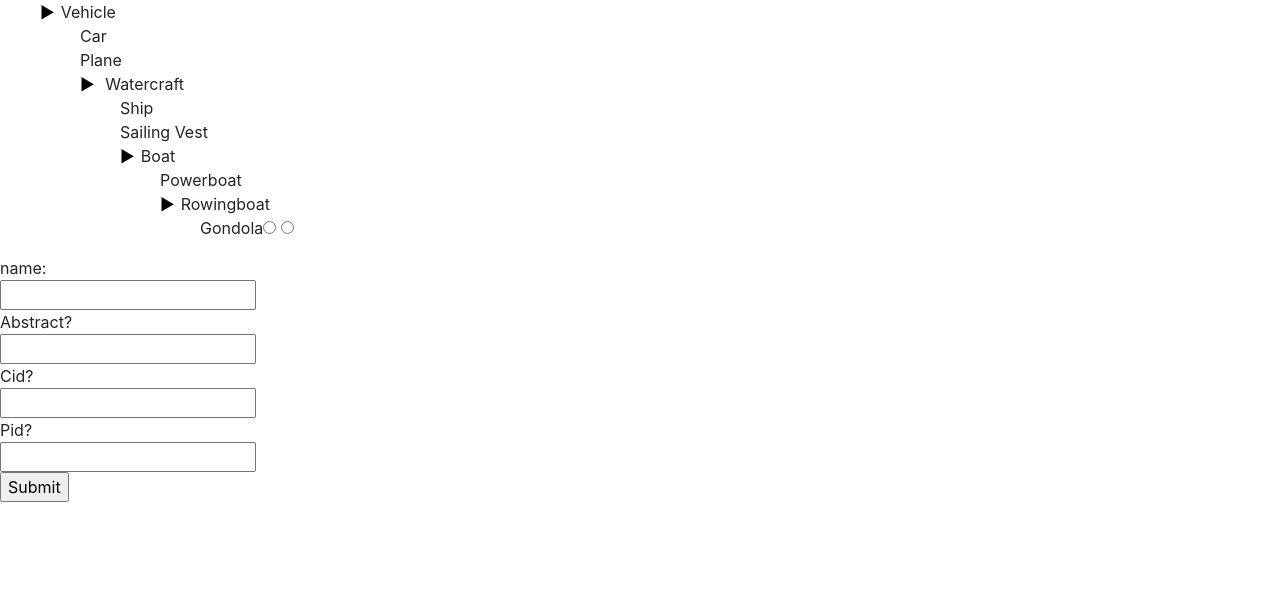
Repository: ked9268/Wonder
Page: http://localhost/cw3_mini_web_project_kjw42/WEB-INF/mainpage.jsp
These files come from the project's save history. The page is drawn as it stood at one moment and after the next save; the edit follows.
The browser window is 1280 px wide. The pictures show the whole page.
Some web libraries are served in a nearby version. The page is served by Tomcat 9. Nobody is signed in. The template is opened directly, without the code that normally fills it, so the values that code supplies are empty.

Above is the page before, as saved 2020-01-07 22:16:48.
Console error: SyntaxError: Unexpected token ';'

After the next save:
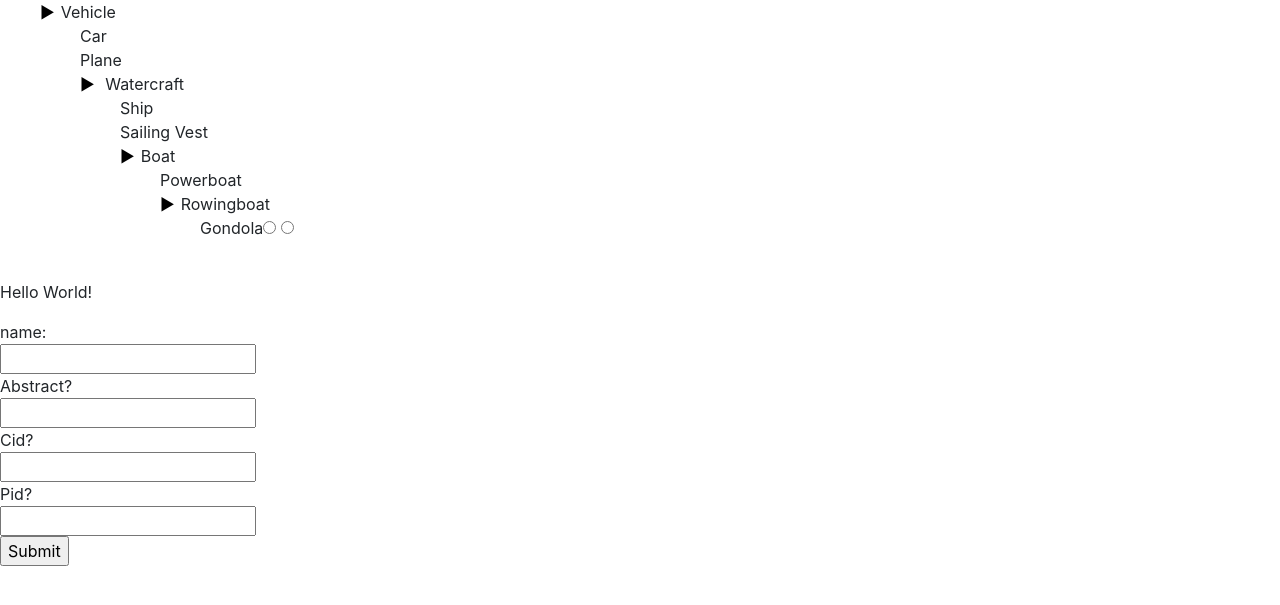
Saved 63 s later.
--- a/workspaceEE/cw3_mini_web_project_kjw42/WebContent/WEB-INF/mainpage.jsp
+++ b/workspaceEE/cw3_mini_web_project_kjw42/WebContent/WEB-INF/mainpage.jsp
@@ -59,7 +59,8 @@
 					</ul>
 				</li>
 			</ul>
-
+		<br>
+		<p id="demo"> Hello World!</p>
 		<form action="../../controllers/extractClassInfo.java">
   				name:<br>
   				<input type="text" name="name"><br>
